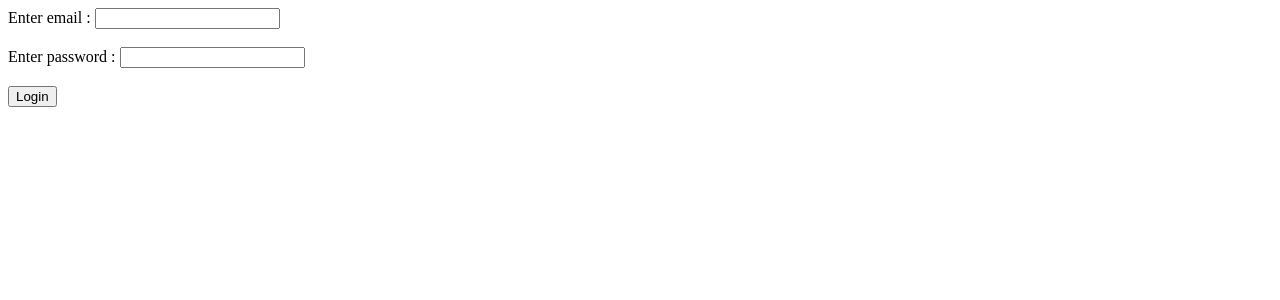
Repository: sandyc4136/Java_Servlet-JSP
Page: MyWebApp/src/main/webapp/login.html
The author's editor kept a copy of each file at every save. The page is drawn from the files as they stood at one save, then again after the next save.
The browser window is 1280 px wide. The pictures show the whole page.

Above is the page before, as saved 2023-12-15 23:41:05.

### MyWebApp/src/main/webapp/login.html
<!DOCTYPE html>
<html>
<head>
<meta charset="UTF-8">
<title>Login form</title>
</head>
<body>
<form action="login2.cdac">
	<label>Enter email :</label>
	<input type="email" name="email"/>
	<br><br>
	<label>Enter password :</label>
	<input type="password" name="pwd"/><br><br>
	<button type="submit">Login</button>
	<br>
</form>
</body>
</html>

After the next save:
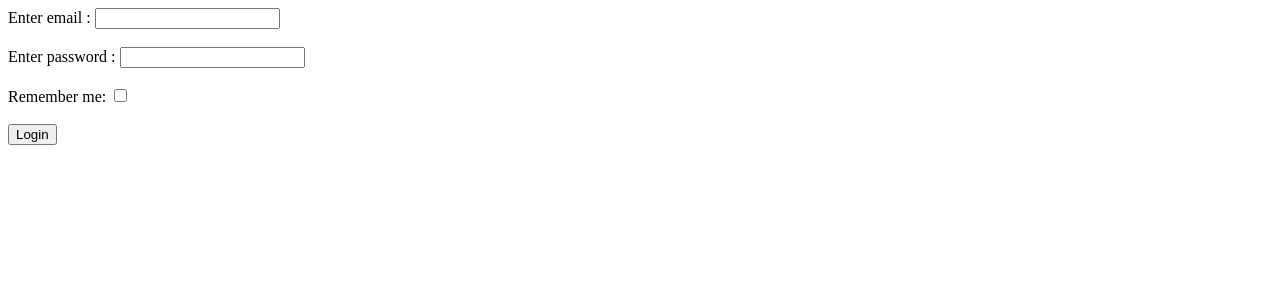
Saved 14 min 50 s later.
--- a/MyWebApp/src/main/webapp/login.html
+++ b/MyWebApp/src/main/webapp/login.html
@@ -11,6 +11,8 @@
 	<br><br>
 	<label>Enter password :</label>
 	<input type="password" name="pwd"/><br><br>
+	<label>Remember me:</label>
+	<input type="checkbox"> <br><br>
 	<button type="submit">Login</button>
 	<br>
 </form>
